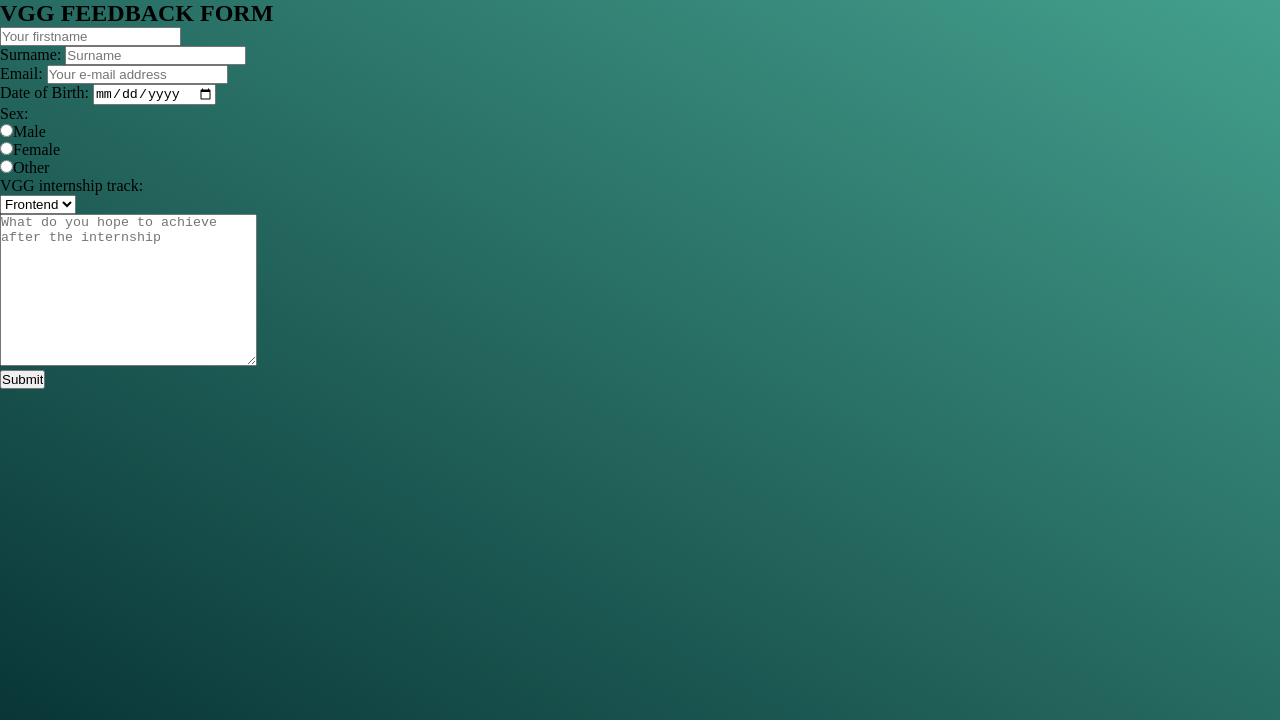
Repository: iphyokafor/VGG-Feedback-form
Page: index.html
These files come from the project's save history. The page is drawn as it stood at one moment and after the next save; the edit follows.
The browser window is 1280 px wide. The pictures show the whole page.

Above is the page before, as saved 2020-01-12 21:52:40.

### index.html
<!DOCTYPE html>
<html lang="en">

<head>
    <meta charset="UTF-8">
    <meta name="viewport" content="width=device-width, initial-scale=1.0">
    <meta http-equiv="X-UA-Compatible" content="ie=edge">
    <title>VGG Feedback Form</title>
    <link rel="stylesheet" href="./style.css">
</head>

<body>

    <form name="VGG Internship Feedback form" id="VGG_form" method="POST" action="#" class="container">
        <div>
            <section id="form-items">
                <h2>VGG FEEDBACK FORM</h2>
                <input type="text" name="name" id="name" placeholder="Your firstname" class="txtinput"><br> Surname: <input type="text" placeholder="Surname"><br> Email: <input type="email" name="email" id="email" placeholder="Your e-mail address" required><br>                Date of Birth: <input type="date" name="Date of Birth"><br> Sex:
                <br>
                <input type="radio" name="gender">Male<br>
                <input type="radio" name="gender">Female<br>
                <input type="radio" name="gender">Other<br> VGG internship track: <br>
                <select>
              <option value="Frontend">Frontend</option>
              <option value="Backend">Backend</option>
              <option value="UI/UX">UI/UX</option>
              <option value="DevOps">DevOps</option>
            </select><br>
                <textarea name="message" id="message" placeholder="What do you hope to achieve after the internship" cols="30" rows="10"></textarea><br>
                <input type="submit" value="Submit">
            </section>
        </div>
    </form>

</body>

</html>

### style.css
* {
    margin: 0;
    padding: 0;
    box-sizing: border-box;
}

body {
    background: linear-gradient(to right top, #093637, #44A08D);
    background-repeat: no-repeat;
    height: 100vh;
}


/* .container {
    box-sizing: border-box;
    box-shadow: 4px 5px 5px solid black;
} */

form {
    /* margin: auto;
    padding: 20px; */
}

After the next save:
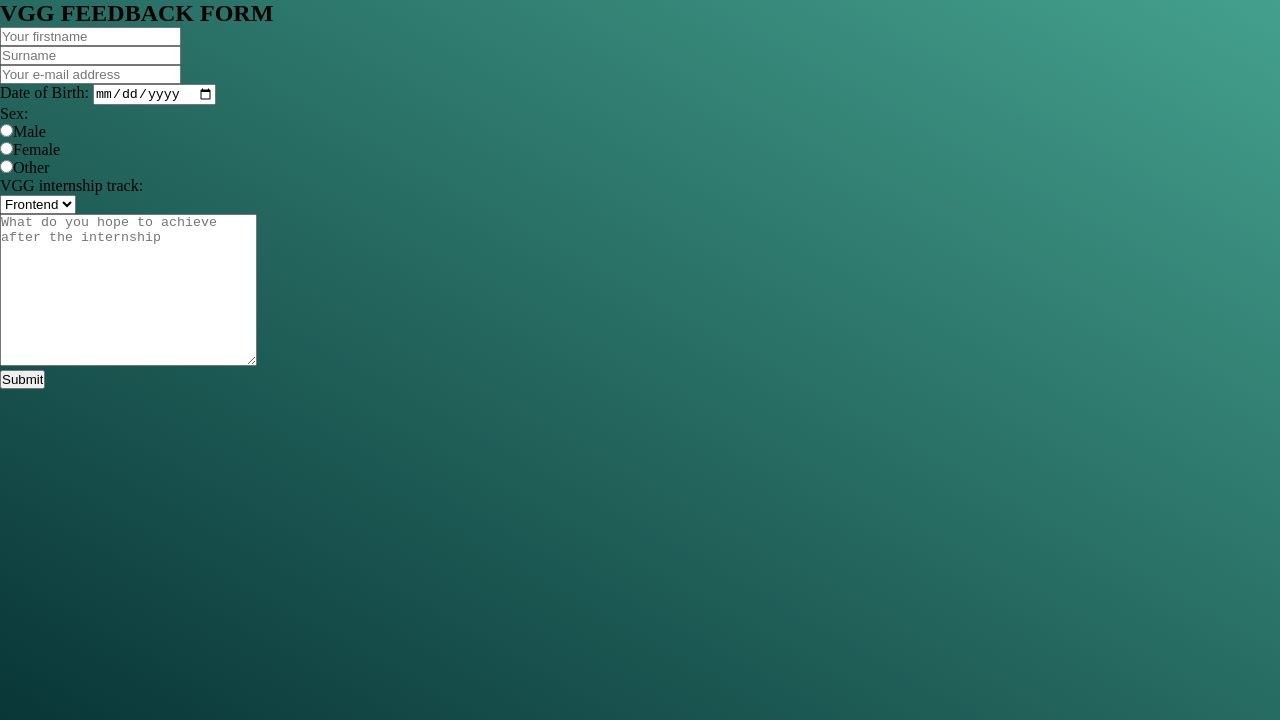
Saved 2 min 24 s later.
--- a/index.html
+++ b/index.html
@@ -15,7 +15,8 @@
         <div>
             <section id="form-items">
                 <h2>VGG FEEDBACK FORM</h2>
-                <input type="text" name="name" id="name" placeholder="Your firstname" class="txtinput"><br> Surname: <input type="text" placeholder="Surname"><br> Email: <input type="email" name="email" id="email" placeholder="Your e-mail address" required><br>                Date of Birth: <input type="date" name="Date of Birth"><br> Sex:
+                <input type="text" name="name" id="name" placeholder="Your firstname" class="txtinput"><br> <input type="text" name="surname" id="surname" placeholder="Surname" class="txtinput"><br> <input type="email" name="email" id="email" placeholder="Your e-mail address"
+                    required><br> Date of Birth: <input type="date" name="Date of Birth"><br> Sex:
                 <br>
                 <input type="radio" name="gender">Male<br>
                 <input type="radio" name="gender">Female<br>
